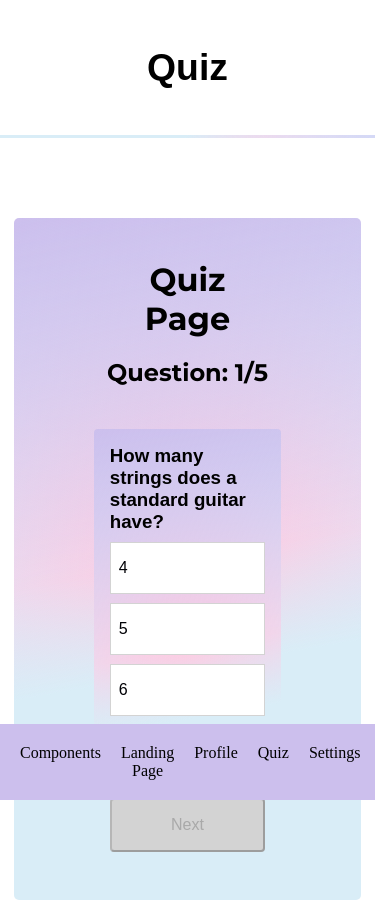
Repository: 1medi/pocketprof
Page: /quiz/page
These files come from the project's save history. The page is drawn as it stood at one moment and after the next save; the edit follows.
The browser window is 375 px wide. The pictures show the whole page.
The project was rebuilt for these pictures with package versions that can differ from the ones it lists, and the page was loaded fresh each time. The framework's server and built-in components were replaced by stand-ins that run in the browser. Also part of the build but not shown: next.config.mjs, Components/Buttons/Oscar/Oscar.module.css, Components/Buttons/Oscar/index.js.

Above is the page before, as saved 2024-04-13 20:57:41.

After the next save:
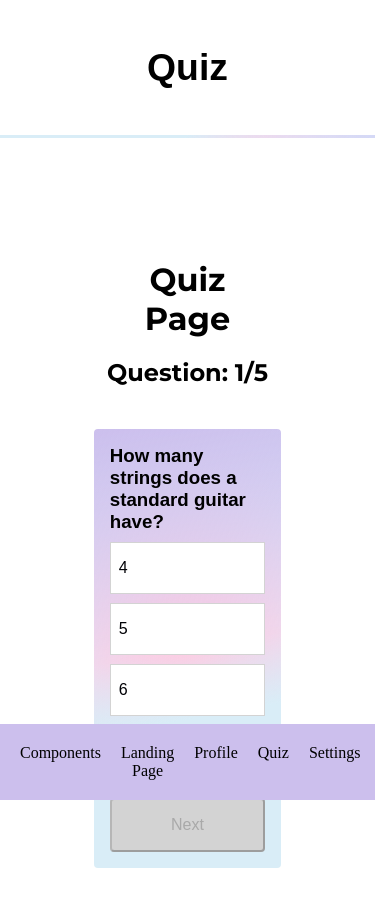
Saved 37 s later.
--- a/pages/quiz/page.module.css
+++ b/pages/quiz/page.module.css
@@ -1,7 +1,7 @@
 @media only screen and (max-width:430px) {
   .container{
   padding: 2rem 5rem;
-  background: linear-gradient(-10deg, #d9edf7 35%, rgba(237, 202, 216, 0) 50%, var(--main-color-lightpurple)), radial-gradient(circle, #ffcae1 0, #daeafc 100%);
+  background-color: white;
   font-family: "Noto", sans-serif;
   max-width: 740px;
   width: 50%;
